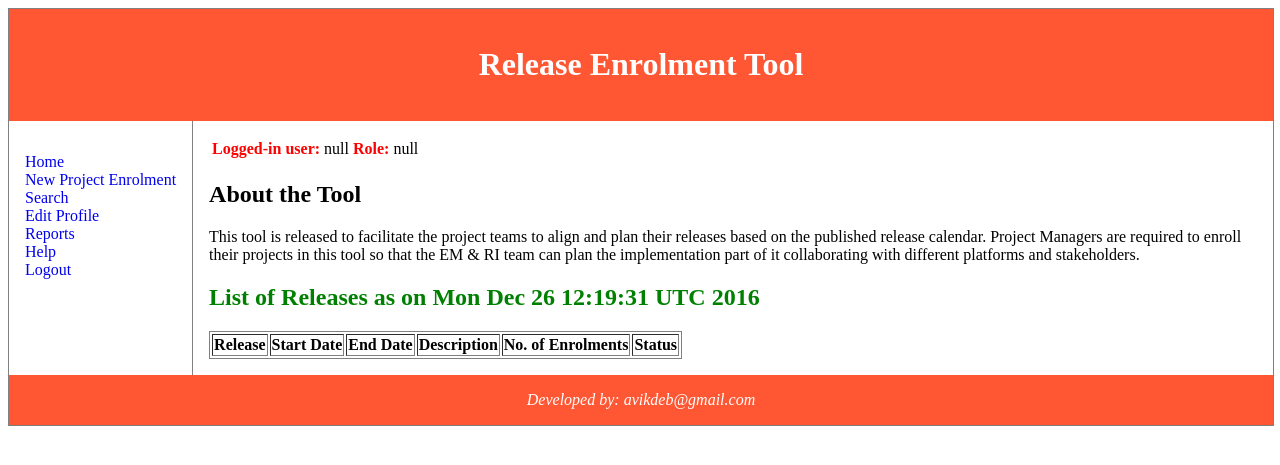
Repository: guribrar/enrolmentapp
Page: http://localhost/enrolmentapp/welcome.jsp
The author's editor kept a copy of each file at every save. The page is drawn from the files as they stood at one save, then again after the next save.
The browser window is 1280 px wide. The pictures show the whole page.
The page is served by Tomcat 9. Other server files are loaded and not shown. The template is opened directly, without the code that normally fills it, so the values that code supplies are empty.

Above is the page before, as saved 2016-12-31 17:40:11.

### enrolmentapp/WebContent/welcome.jsp
<%@page import="java.util.Date"%>
<%@ page language="java" contentType="text/html; charset=ISO-8859-1"
    pageEncoding="ISO-8859-1"%>

<%@ taglib uri="http://java.sun.com/jsp/jstl/sql" prefix="sql" %>
<%@ taglib uri="http://java.sun.com/jsp/jstl/core" prefix="c" %>

<!DOCTYPE html>

<sql:query var="rs" dataSource="jdbc/enrolmentapp">
	select * from enrolmentapp.release
</sql:query>

<html>
<head>
<link rel="stylesheet" type="text/css" href="css/style.css">
</head>
<body>

<div class="container">

<header>
   <h1>Release Enrolment Tool</h1>
</header>

<nav>
  <ul>
    <li><a href="testlogin.jsp">Home</a></li>
    <li><a href="underconstruction.jsp">New Project Enrolment</a></li>
    <li><a href="underconstruction.jsp">Search</a></li>
    <li><a href="underconstruction.jsp">Edit Profile</a></li>
    <li><a href="underconstruction.jsp">Reports</a></li>
    <li><a href="underconstruction.jsp">Help</a></li>
    <li><a href="login.jsp">Logout</a></li>
  </ul>
</nav>

<article>
  <table>
  	<tr>
  		<td><font color="red"><b>Logged-in user: </b></font><%=request.getAttribute("username") %></td>
  		<td><font color="red"><b>Role: </b></font><%=request.getAttribute("role") %></td>
  	</tr>
  </table>
  <h1>About the Tool</h1>
  <p>
  This tool is released to facilitate the project teams to align and plan their releases based on the published release calendar.
  Project Managers are required to enroll their projects in this tool so that the EM & RI team can plan the implementation part of it
  collaborating with different platforms and stakeholders.

  <h1><font color="green">List of Releases as on <%= new Date() %></font></h1>

  <table frame="box" border="1">

	<tr>
		<th>Release</th>
		<th>Start Date</th>
		<th>End Date</th>
		<th>Description</th>
		<th>No. of Enrolments</th>
		<th>Status</th>
	</tr>
	<c:forEach var="row" items="${rs.rows}">
	<tr>
		<td>${row.releasename}</td>
		<td>${row.releasestartdate}</td>
		<td>${row.releaseenddate}</td>
		<td>${row.desc}</td>
		<td>5</td>
		<td>${row.status}</td>
	</tr>
	</c:forEach>
</table>

</article>

<footer><i>Developed by: avikdeb@gmail.com</i></footer>

</div>

</body>
</html>

### enrolmentapp/WebContent/css/style.css
@CHARSET "ISO-8859-1";

div.container {
    width: 100%;
    border: 1px solid gray;
}

header, footer {
    padding: 1em;
    color: white;
    background-color: #FF5733;
    clear: left;
    text-align: center;
}

nav {
    float: left;
    max-width: 160px;
    margin: 0;
    padding: 1em;
}

nav ul {
    list-style-type: none;
    padding: 0;
}

nav ul a {
    text-decoration: none;
}

article {
    margin-left: 170px;
    border-left: 1px solid gray;
    padding: 1em;
    overflow: hidden;
}

After the next save:
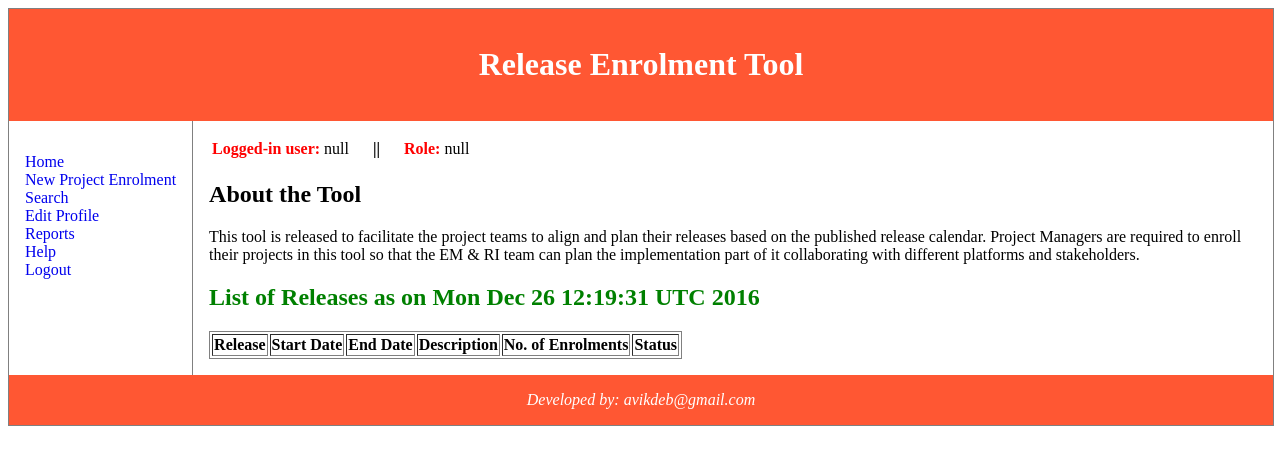
Saved 2 min 48 s later.
--- a/enrolmentapp/WebContent/welcome.jsp
+++ b/enrolmentapp/WebContent/welcome.jsp
@@ -39,6 +39,9 @@
   <table>
   	<tr>
   		<td><font color="red"><b>Logged-in user: </b></font><%=request.getAttribute("username") %></td>
+  		<td>&nbsp;&nbsp;&nbsp;&nbsp;</td>
+  		<td><font><b>||</b></font></td>
+  		<td>&nbsp;&nbsp;&nbsp;&nbsp;</td>
   		<td><font color="red"><b>Role: </b></font><%=request.getAttribute("role") %></td>
   	</tr>
   </table>
